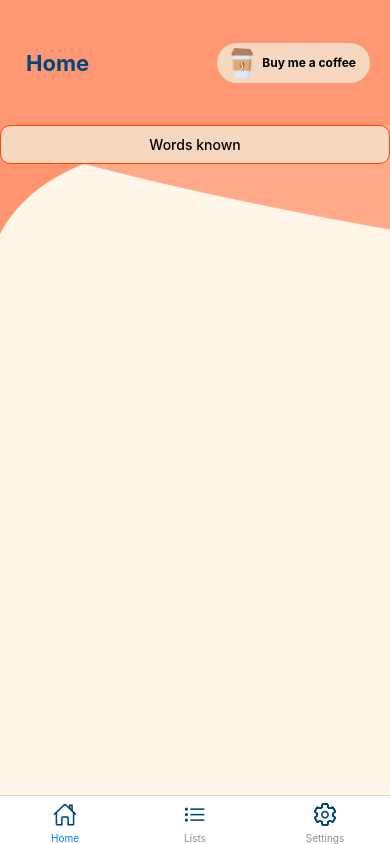
Repository: David-Waite/SpellingApp
Screen: /
The author's editor kept a copy of each file at every save. The screen is drawn from the files as they stood at one save, then again after the next save.
The app was drawn by React Native's web renderer in a window 390 px wide. The project was rebuilt for these pictures with package versions that can differ from the ones it lists, and the page was loaded fresh each time. Also part of the build but not shown: screens/Settings.js, screens/SpellWord.js, screens/WordsLearnt.js, screens/WordListOverview.js, screens/WordLists.js, screens/Donate.js.

Above is the screen before, as saved 2023-06-22 22:10:42.

After the next save:
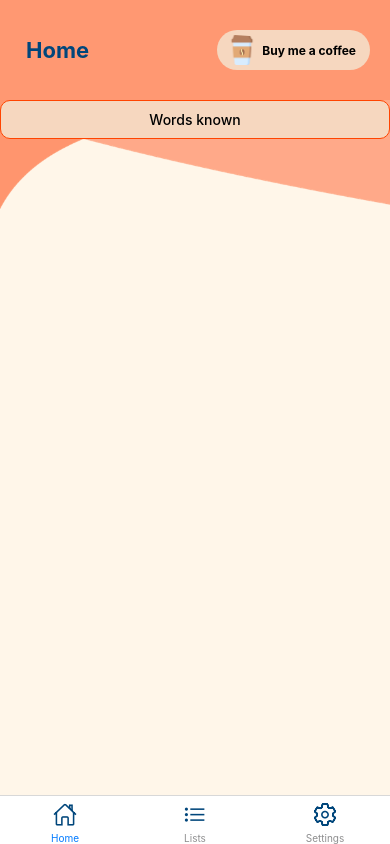
Saved 36 s later.
--- a/App.js
+++ b/App.js
@@ -47,7 +47,7 @@
           },
           headerStyle: {
             backgroundColor: GlobalStyles.colors.primary400,
-            height: 125,
+            height: 100,
           },
 
           tabBarIcon: ({ color, size }) => (

After the save that followed:
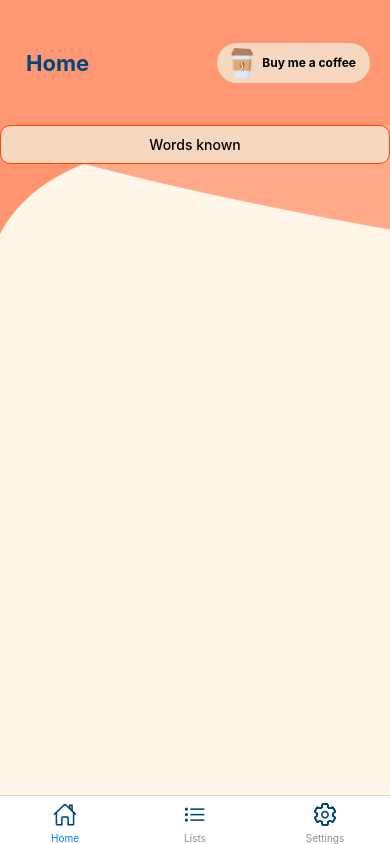
Saved 5 s later.
--- a/App.js
+++ b/App.js
@@ -47,7 +47,7 @@
           },
           headerStyle: {
             backgroundColor: GlobalStyles.colors.primary400,
-            height: 100,
+            height: 125,
           },
 
           tabBarIcon: ({ color, size }) => (
